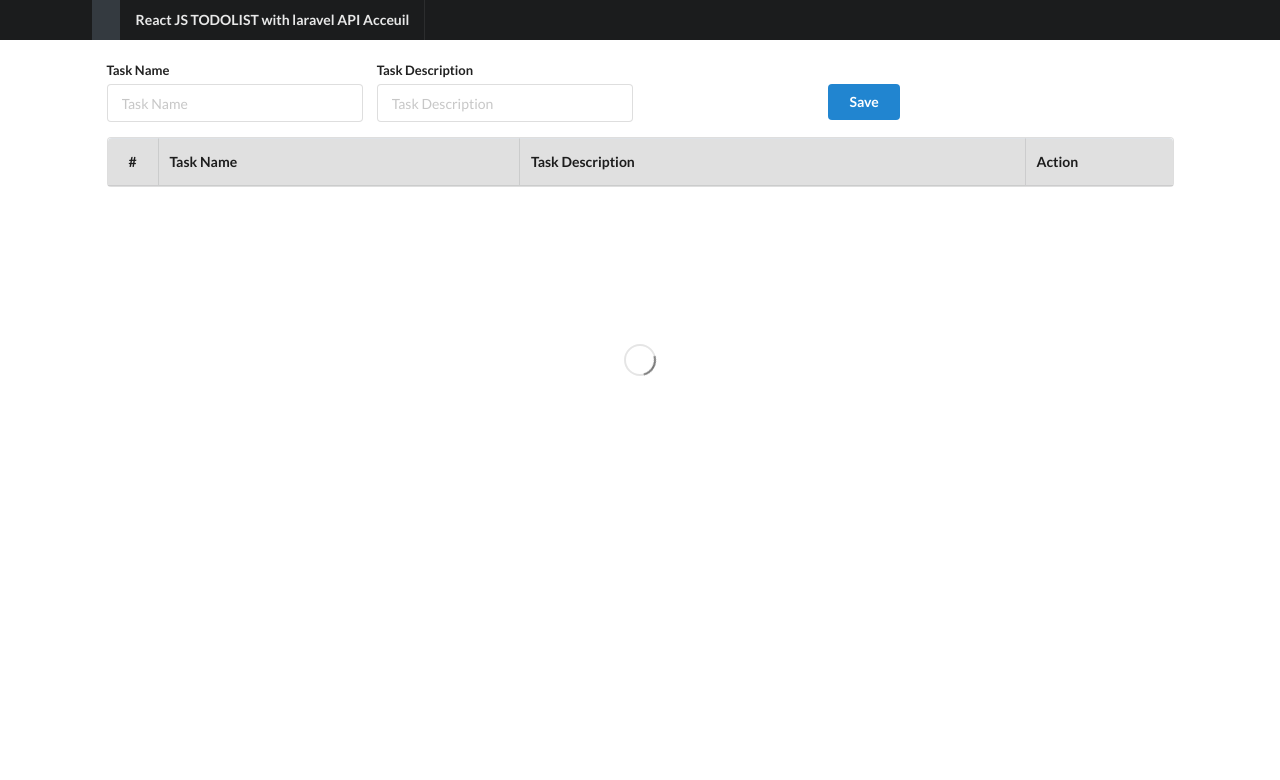
Repository: balkisys/react-js-crud
Page: /
These files come from the project's save history. The page is drawn as it stood at one moment and after the next save; the edit follows.
The browser window is 1280 px wide. The pictures show the whole page.
The page's requests for data from a server got no answer. The project was rebuilt for these pictures with package versions that can differ from the ones it lists, and the page was loaded fresh each time. No one was signed in, and anything a server would have sent is missing. Also part of the build but not shown: src/components/Task.js.

Above is the page before, as saved 2021-02-07 19:17:10.

### public/index.html
<!DOCTYPE html>
<html lang="en">
  <head>
    <meta charset="utf-8" />
    <link rel="icon" href="%PUBLIC_URL%/favicon.ico" />
    <meta name="viewport" content="width=device-width, initial-scale=1" />
    <meta name="theme-color" content="#000000" />
    <meta
      name="description"
      content="Web site created using create-react-app"
    />
    <link rel="apple-touch-icon" href="%PUBLIC_URL%/logo192.png" />
    <link rel="stylesheet" href="https://stackpath.bootstrapcdn.com/bootstrap/4.3.1/css/bootstrap.min.css" integrity="sha384-ggOyR0iXCbMQv3Xipma34MD+dH/1fQ784/j6cY/iJTQUOhcWr7x9JvoRxT2MZw1T" crossorigin="anonymous">

    <link
    rel="stylesheet"
    href="https://cdnjs.cloudflare.com/ajax/libs/semantic-ui/2.4.1/semantic.min.css"
    />

    <!--
      manifest.json provides metadata used when your web app is installed on a
      user's mobile device or desktop. See https://developers.google.com/web/fundamentals/web-app-manifest/
    -->
    <link rel="manifest" href="%PUBLIC_URL%/manifest.json" />
    <!--
      Notice the use of %PUBLIC_URL% in the tags above.
      It will be replaced with the URL of the `public` folder during the build.
      Only files inside the `public` folder can be referenced from the HTML.

      Unlike "/favicon.ico" or "favicon.ico", "%PUBLIC_URL%/favicon.ico" will
      work correctly both with client-side routing and a non-root public URL.
      Learn how to configure a non-root public URL by running `npm run build`.
    -->
    <title>React App</title>
  </head>
  <body>
    <noscript>You need to enable JavaScript to run this app.</noscript>
    <div id="root"></div>
    <!--
      This HTML file is a template.
      If you open it directly in the browser, you will see an empty page.

      You can add webfonts, meta tags, or analytics to this file.
      The build step will place the bundled scripts into the <body> tag.

      To begin the development, run `npm start` or `yarn start`.
      To create a production bundle, use `npm run build` or `yarn build`.
    -->
  </body>
</html>

### src/index.js
import React from "react";
import ReactDOM from "react-dom";
import App from "./components/App";


ReactDOM.render(<App/>, document.querySelector("#root"));

### src/components/App.js
import React , {Component} from "react" ;
import axios from "axios";
import MyForm from "./MyForm";
import TaskList from "./TaskList";
import "./app.css";
import Loader from "./Loader";
import Home from "./Home";

class App extends Component {
    render () {
      return (
          <div>
           <div className="ui fixed inverted menu">
                  <div className="ui container">
                      <nav class="navbar navbar-dark bg-dark">
</nav>

           <a href="/#" className="header item">
                          React JS TODOLIST  with laravel API Acceuil
               </a>


          </div>
          </div>
          <div className="ui main container">
           <Home/>
          </div>
          </div>
      );
    }
}
export default App ;

### src/components/MyForm.js
import React , {Component} from "react" ;


class MyForm extends Component {
    state = {
        form: {task_name:'' , task_discription:'',isEdit: false},
        btnName: "Save",
        btnClass:"ui primary button submit-button"
    };
    isEmpty(obj){
        return Object.entries(obj).length === 0  && obj.constructor === Object;

    }
    componentDidUpdate(prevProps) {
        if(prevProps !== this.props && !this.isEmpty(this.props.task)) {
           this.setState({
               form: {...this.props.task, isEdit: true},
               btnName: "Update",
               btnClass: "ui orange button submit-button"
           });

            // console.log("update");
        }

    }

    handleChange = event => {
        const {name, value } = event.target;
        let form = this.state.form;
        form[name] = value ;
        this.setState({ form });
    };

    onFormSubmit = (event) =>  {
       // prevent form submit
       event.preventDefault();
       // form validation
      if (this.formValidation()) {
          // send form data to app
          this.props.onFormSubmit(this.state.form);
      }
      // change the button to save
      this.setState({
          btnName: "Save",
          btnClass: "ui primary button submit-button"
      })
      // clear form fields
      this.clearFormFields()
    };
    formValidation = () => {
        // task name
        if(document.getElementsByName("task_name")[0].value === "" ){
           alert('Enter task name') ;
           return false ;
        }
        //task description
        if(document.getElementsByName("task_discription")[0].value === "" ){
            alert('Enter task description ') ;
            return false ;
         }

         return true ;

    };
   clearFormFields = () => {
       // change form state
       this.setState({
        form: {task_name:'' , task_discription:'',  isEdit: false}

       });
       // clear form fields
       document.querySelector(".form").reset();
   };

   render() {
       return (
      <form className= "ui form">
       <div className="fields">
           <div className="four wide field">
           <label> Task Name </label>
           <input
            type="text"
            name="task_name"
            placeholder="Task Name"
            onChange={this.handleChange}
            value={this.state.form.task_name} />
           </div>

           <div className="four wide field">
           <label> Task Description </label>
           <input
           type="text"
            name="task_discription"
            placeholder="Task Description"
            onChange={this.handleChange}
            value={this.state.form.task_discription} />
           </div>

           <div className="four wide field">
           <button  className={this.state.btnClass} onClick={this.onFormSubmit}>
                {this.state.btnName}
                </button>
           </div>

       </div>
      </form>
       );
   }


}
export default MyForm ;

### src/components/TaskList.js
import React, {Component} from "react";
import Task from "./Task";

class TaskList extends Component {
         onDelete = id => {
             this.props.onDelete(id);
              //console.log("task list" , id);

         };
         onEdit = data => {
            this.props.onEdit(data);
            // console.log(task list" , id);

        };

    render() {
        const tasks = this.props.tasks;
        return (
          <div className="data">
              <table className="ui celled table">
                <thead>
                     <tr>
                         <th style={{ width: '50px' , textAlign: "center"}}>#</th>
                         <th>Task Name</th>
                         <th>Task Description</th>
                         <th style={{ width: "148px"}}>Action </th>
                     </tr>
                    </thead>

                    <tbody>
                        {tasks.map(task=>{
                              return <Task
                              task={task}
                              key={task.id}
                              onDelete={this.onDelete}
                              onEdit={this.onEdit}
                              />;

                            })
                        }

                    </tbody>
              </table>

          </div>
        );
    }
}

export default TaskList;

### src/components/app.css
.main.container{
    margin-top: 60px;
}
.submit-button {
    margin-top: 24px !important;
    float: right;
}

.data {
    margin-top: 15px;
}

thead tr th {
     background: #e0e0e0 !important;
}

.ui.inverted.dimmer {
    background-color:rgba(255, 255, 255, 0) !important;
}

### src/components/Loader.js
import React, { Component } from 'react'

 class Loader extends Component {
    render() {
        return (
            <div className="ui active inverted dimmer">
               <div className="ui loader"></div>
            </div>
        )
    }
}

export default Loader

### src/components/Home.js
import React , {Component} from "react" ;
import axios from "axios";
import MyForm from "./MyForm";
import TaskList from "./TaskList";
import "./app.css";
import Loader from "./Loader";

class Home extends Component {
    state = {

        tasks: [],
        task:{},
        loader: false,
        url: "http://127.0.0.1:8000/api/todolists"
    };
    getTasks = async () => {
        this.setState({ loader:true});
        const tasks =  await axios.get(this.state.url);
        this.setState({ tasks: tasks.data, loader:false });
    }

       deleteTask =  async id => {
               this.setState({ loader : true});
             await  axios.delete(`${this.state.url}/${id}`);
             this.getTasks();
       }

       createTask = async data => {
           this.setState({loader:true });
           await axios.post(this.state.url,{
               task_name: data.task_name,
               task_discription: data.task_discription,

           });
           this.getTasks();
       } ;

       editTask = async (data) => {
          // clear task obj
          this.setState({ task: {} , loader: true }) ;
          await axios.put(`${this.state.url}/${data.id}`, {
            task_name: data.task_name,
            task_discription: data.task_discription,
          });
          this.getTasks();
       }

    componentDidMount(){
        this.getTasks();
    }

       onDelete = id => {
         // console.log ("app" , id );
         this.deleteTask(id);
       }

       onEdit = data => {

        //console.log ("app" , data );
        this.setState({ task: data});

      }


      onFormSubmit = data => {
          //console.log("app" , data);
          if(data.isEdit) {
              this.editTask(data);
             // if is edit true
          } else {
                  // if is edit false
                  this.createTask(data);
          }
      };

    render () {
      return (
          <div>

          <div className="ui main container">
           <MyForm task={this.state.task}  onFormSubmit={this.onFormSubmit }     />
           {
               this.state.loader ? <Loader/> : ""
           }
           <TaskList
           tasks={this.state.tasks}
           onDelete={this.onDelete}
           onEdit={this.onEdit}

           />
          </div>
          </div>
      );
    }
}
export default Home ;

After the next save:
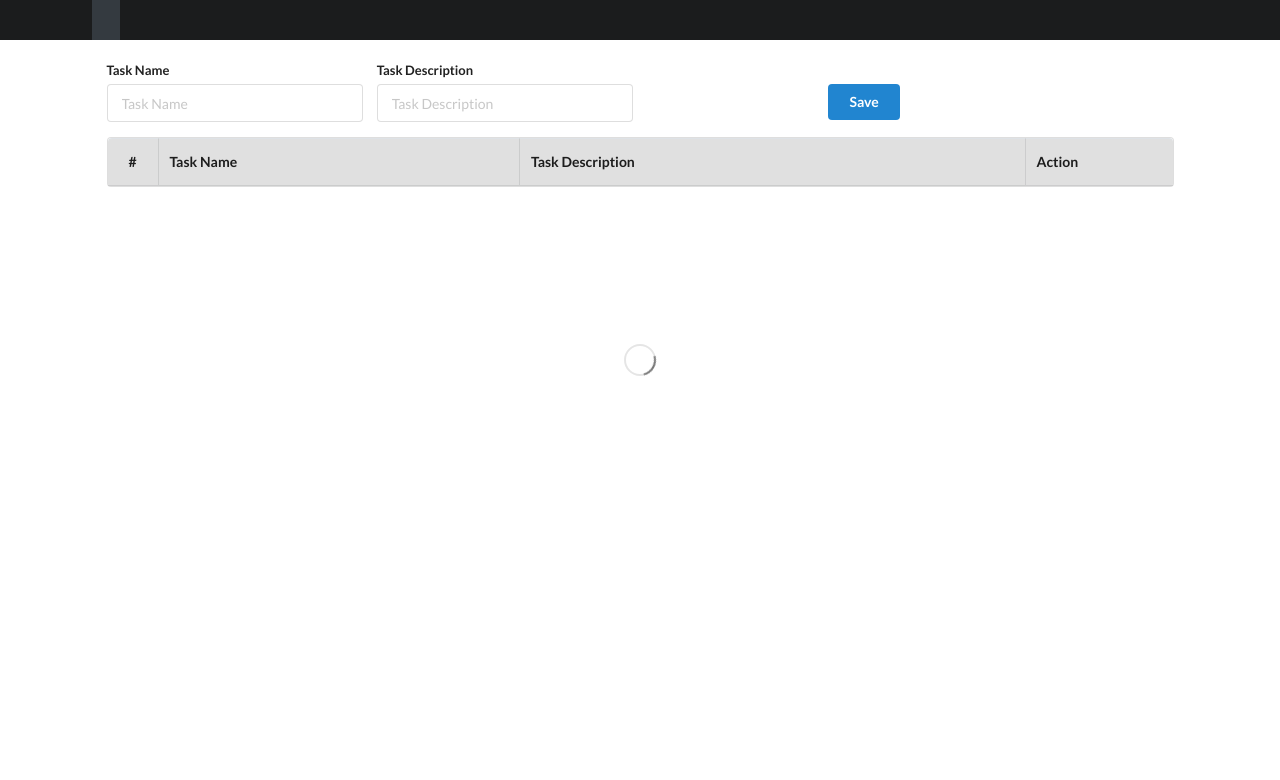
Saved 23 s later.
--- a/src/components/App.js
+++ b/src/components/App.js
@@ -15,9 +15,7 @@ class App extends Component {
                       <nav class="navbar navbar-dark bg-dark">
 </nav>
 
-           <a href="/#" className="header item">
-                          React JS TODOLIST  with laravel API Acceuil
-               </a>
+
 
 
           </div>
